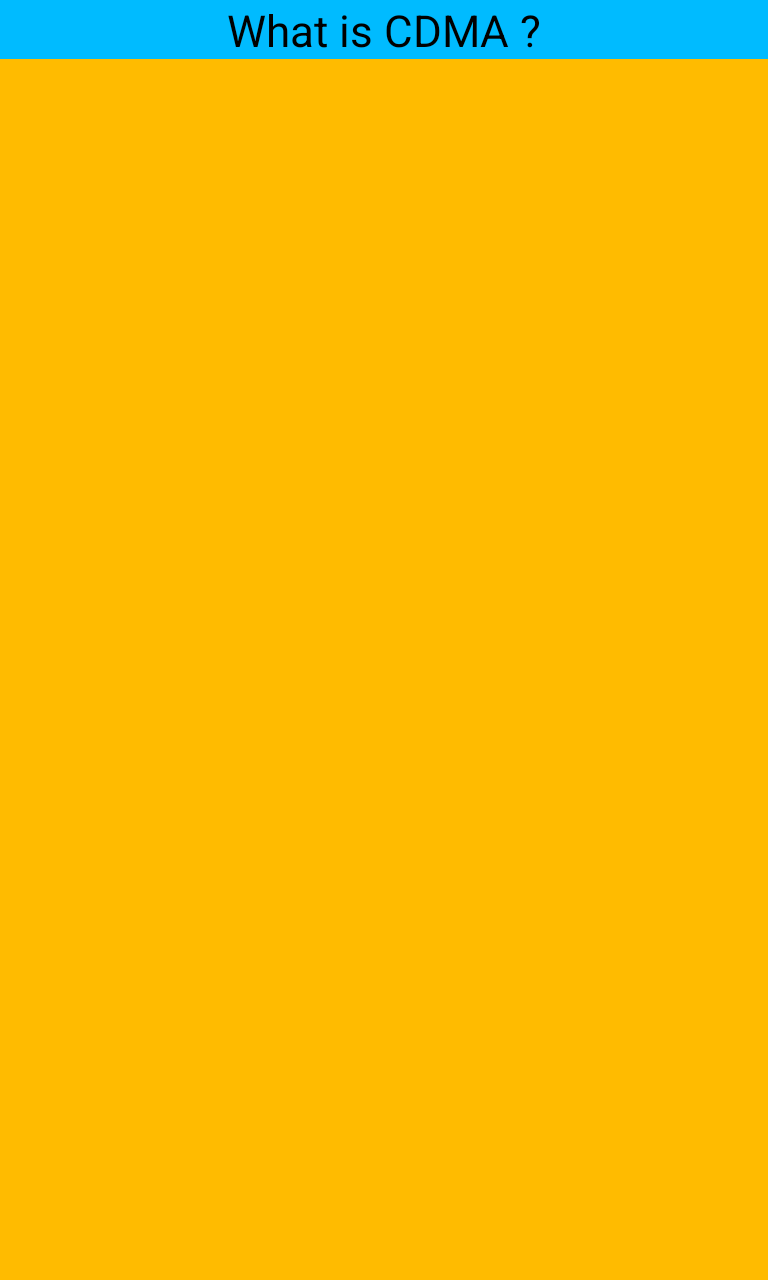
Repository: sbobhate/Android-Applications
Layout: EWBProject/res/layout/fragment_fragment1.xml
An editor plug-in stored every save of this project. The layout is shown before and after the next save, followed by the edit.
It is drawn on a 768 x 1280 px phone screen (xhdpi) without system bars, with theme AppTheme; the app's code is not run.

Above is the layout before, as saved 2014-02-21 14:15:04.

After the next save:
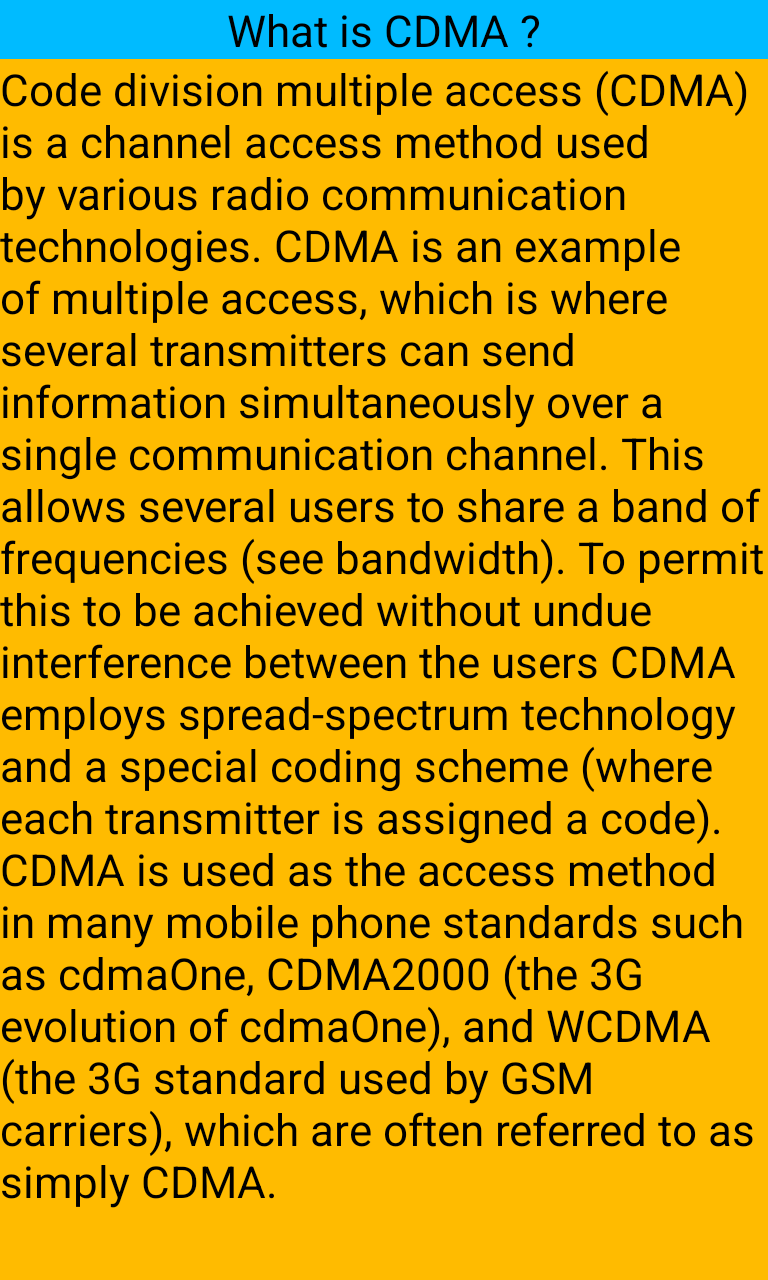
Saved 88 s later.
--- a/EWBProject/res/values/strings.xml
+++ b/EWBProject/res/values/strings.xml
@@ -23,6 +23,8 @@
     <string name="title_activity_cdma_visual">CdmaVisual</string>
     <string name="signal_strength">Signal Strength</string>
     <string name="cdma_title">What is CDMA ?</string>
-    <string name="description"></string>
+    <string name="description">Code division multiple access (CDMA) is a channel access method used by various radio communication technologies.
+CDMA is an example of multiple access, which is where several transmitters can send information simultaneously over a single communication channel. This allows several users to share a band of frequencies (see bandwidth). To permit this to be achieved without undue interference between the users CDMA employs spread-spectrum technology and a special coding scheme (where each transmitter is assigned a code).
+CDMA is used as the access method in many mobile phone standards such as cdmaOne, CDMA2000 (the 3G evolution of cdmaOne), and WCDMA (the 3G standard used by GSM carriers), which are often referred to as simply CDMA.</string>
 
 </resources>
